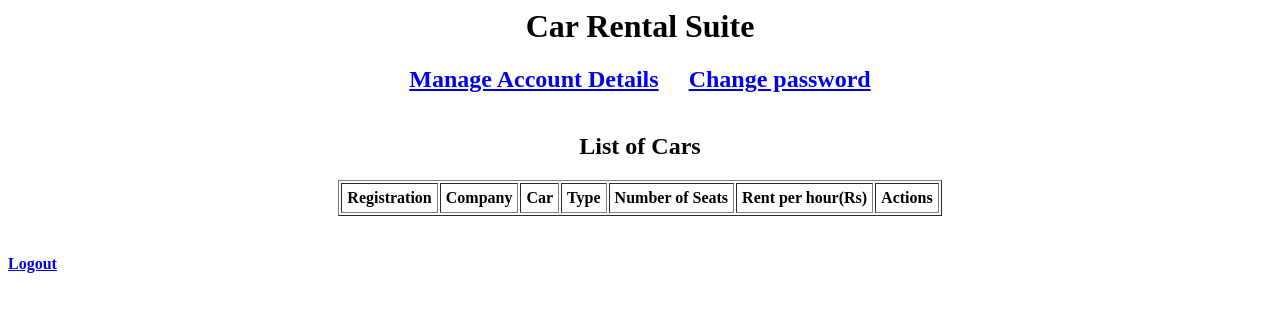
Repository: aforaswin/car-rental
Page: http://localhost/Car_Rental/Home.jsp
The author's editor kept a copy of each file at every save. The page is drawn from the files as they stood at one save, then again after the next save.
The browser window is 1280 px wide. The pictures show the whole page.
The page is served by Tomcat 9. Other server files are loaded and not shown. The template is opened directly, without the code that normally fills it, so the values that code supplies are empty.

Above is the page before, as saved 2017-09-19 09:08:57.

### Car Rental/WebContent/Home.jsp
<%@ page language="java" contentType="text/html; charset=UTF-8"
    pageEncoding="UTF-8"%>
<%@ taglib uri="http://java.sun.com/jsp/jstl/core" prefix="c" %>
<html>
<head>
    <title>Car Database</title>
</head>
<body>
    <center>
        <h1>Car Rental Suite</h1>
        <h2>
            <a href="editUser">Manage Account Details</a>
            &nbsp;&nbsp;&nbsp;
            <a href="change">Change password</a>

        </h2>
    </center>
    <div align="center">
        <table border="1" cellpadding="5">
            <caption><h2>List of Cars</h2></caption>
            <tr>
                <th>Registration</th>
                <th>Company</th>
                <th>Car</th>
                <th>Type</th>
                <th>Number of Seats</th>
                <th>Rent per hour(Rs)</th>
                <th>Actions</th>
            </tr>
            <c:forEach var="car" items="${listCar}">
                <c:if test="${car.status=='Available'}">
                <tr>
                    <td><c:out value="${car.regNo}" /></td>
                    <td><c:out value="${car.companyName}" /></td>
                    <td><c:out value="${car.carName}" /></td>
                    <td><c:out value="${car.type}" /></td>
                    <td><c:out value="${car.noOfSeats}" /></td>
                    <td><c:out value="${car.rent}" /></td>
                    <td>
                        <form action="checkout" method="post">
                        Number of days: <input type="number" name="days" min="1" max="30"/><br/><br/>
                        <input type="hidden" name="id" value="<c:out value='${car.regNo}' />">
                        <input type="submit" value="Checkout"/>
                            </form>
                    </td>
                </tr>
                </c:if>
            </c:forEach>
        </table>
    </div>
    <br>
    <h4> <a href="userLogout">Logout</a>  </h4>
       <%
int timeout = session.getMaxInactiveInterval();
response.setHeader("Refresh", timeout + "; URL = userLogin.jsp");
%>
</body>
</html>

After the next save:
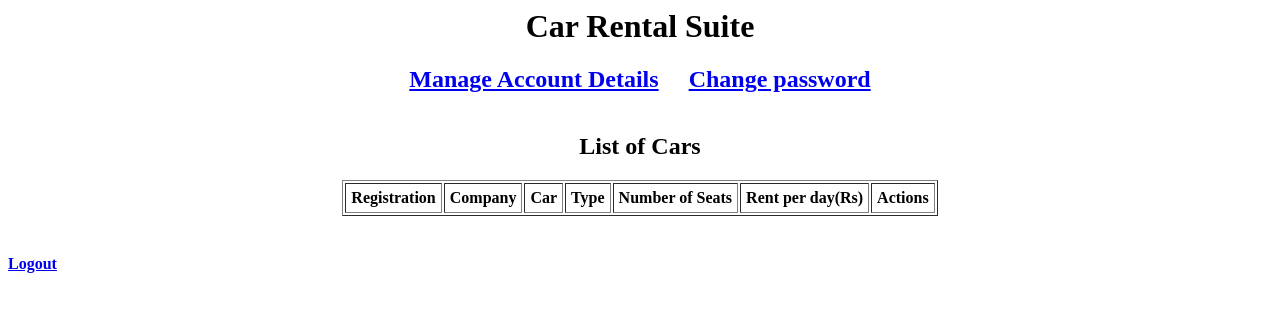
Saved 15 s later.
--- a/Car Rental/WebContent/Home.jsp
+++ b/Car Rental/WebContent/Home.jsp
@@ -24,7 +24,7 @@
                 <th>Car</th>
                 <th>Type</th>
                 <th>Number of Seats</th>
-                <th>Rent per hour(Rs)</th>
+                <th>Rent per day(Rs)</th>
                 <th>Actions</th>
             </tr>
             <c:forEach var="car" items="${listCar}">
